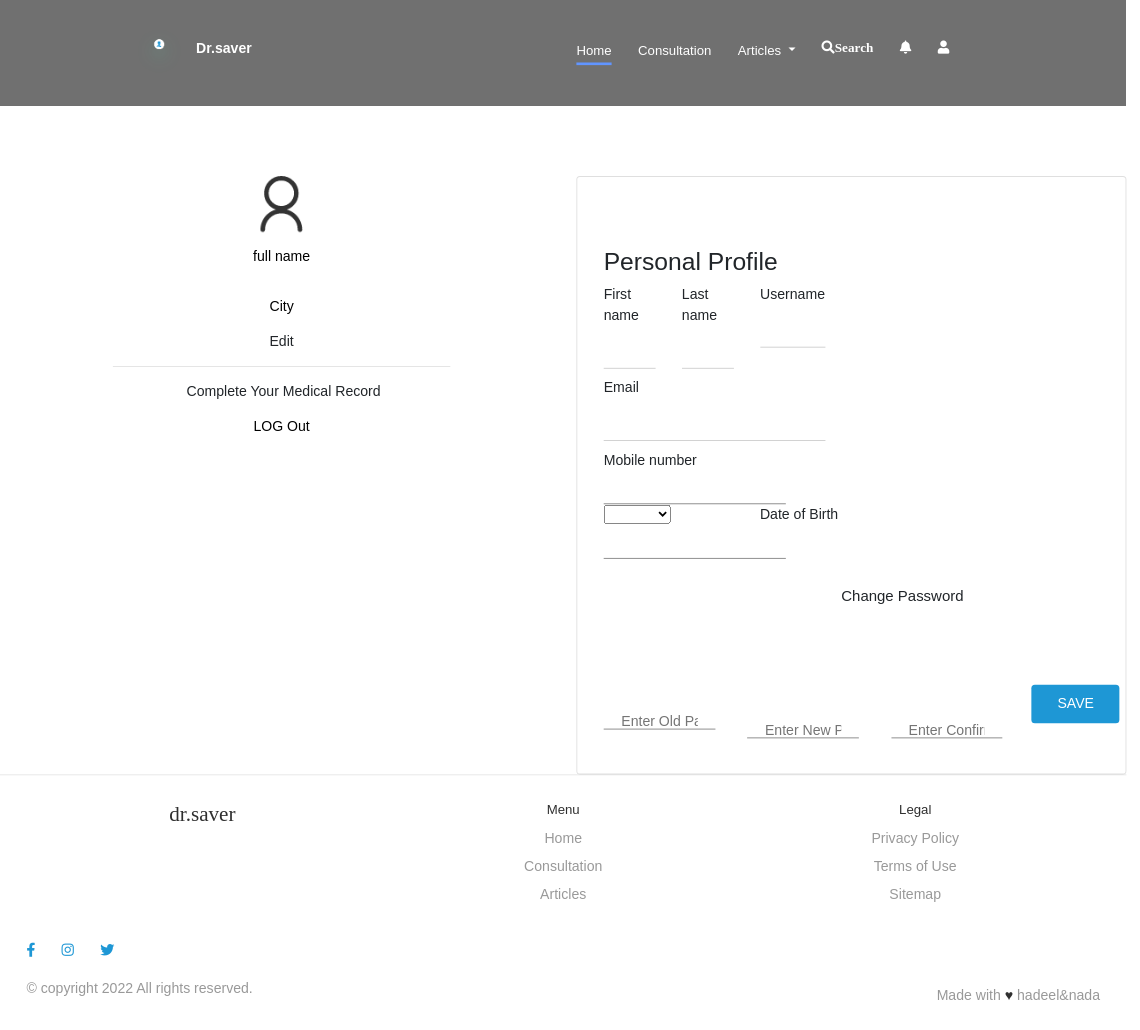
Repository: nsra/hadeel_doctor_system
Page: patient/Pprofile.html
An editor plug-in stored every save of this project. The page is shown before and after a run of saves, followed by the edit.
The browser window is 1280 px wide. The page is 1295 px wide, so the pictures cover 1295 px, including what lies to the right of the window. The pictures show the whole page, at 88% of full size.
Some web fonts or font styles are not loaded; a fallback is used. Some web libraries are served in a nearby version.

Above is the page before, as saved 2022-03-25 14:54:04.

After the next 6 saves:
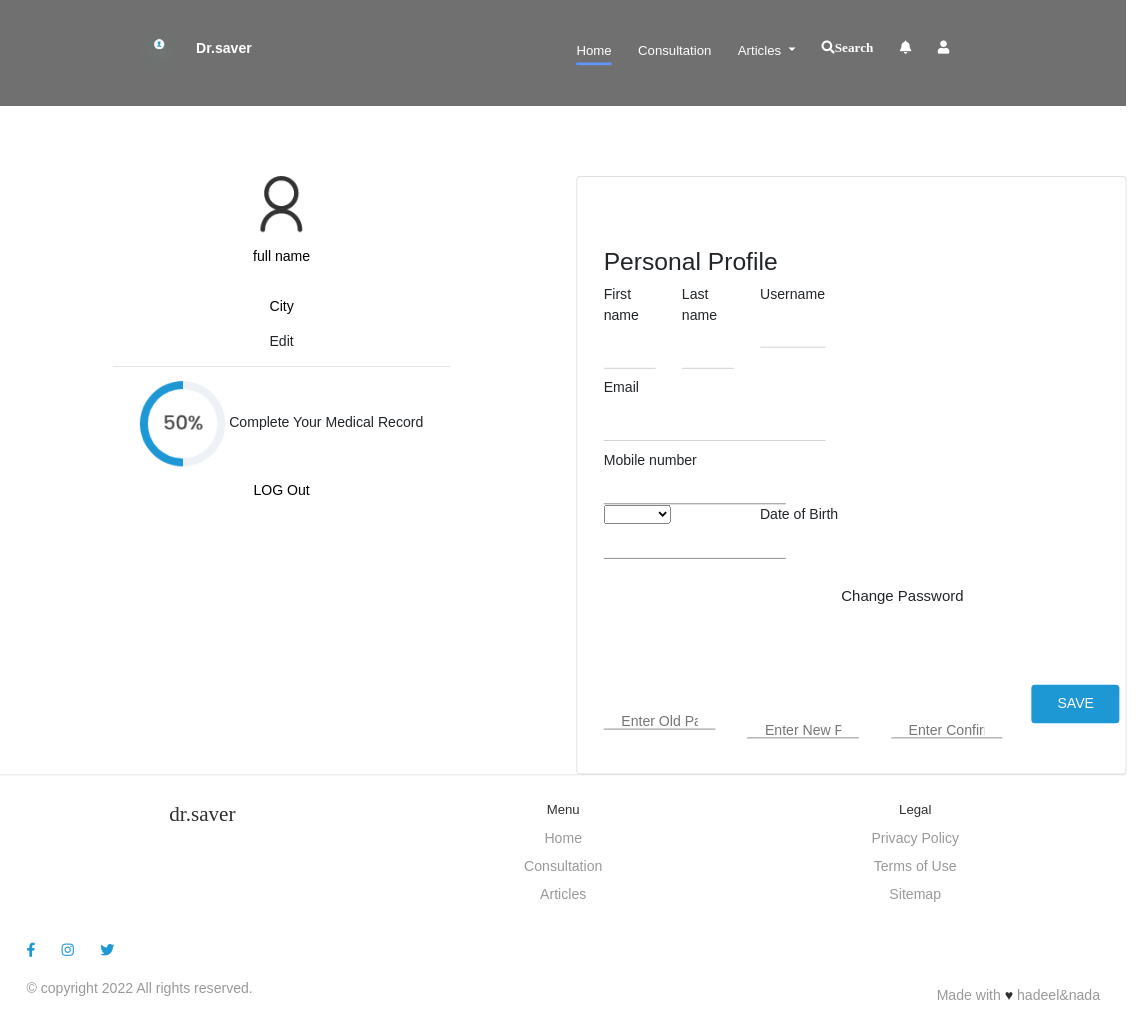
The 6 saves are shown as one change because they came seconds apart.
The last was saved 11 s later.
--- a/patient/Pprofile.html
+++ b/patient/Pprofile.html
@@ -70,7 +70,7 @@
 <li class="no-padding"><a class="waves-effect waves-grey" href="">City</a></li>
 <span>Edit</span>
 <hr>
-<img src="" alt="">
+<img src="../assets/img/BG.png" alt="">
 <span>Complete Your Medical Record</span>
           <li class="no-padding">
                         <a class="waves-effect waves-grey" href="">LOG Out</a>
